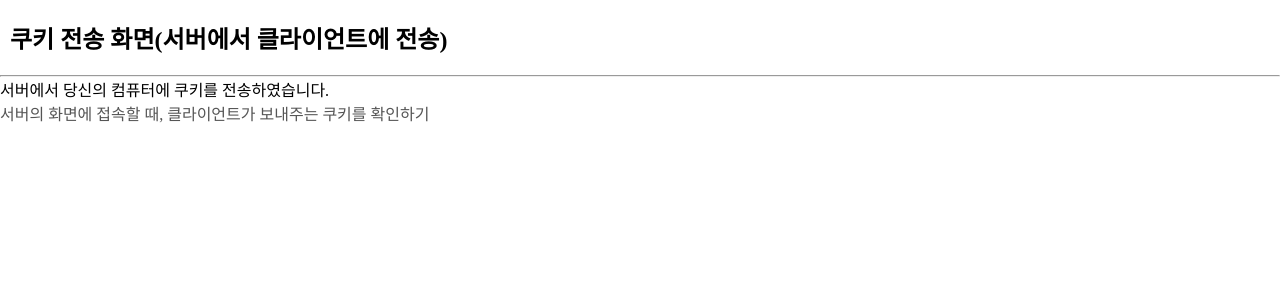
Repository: hyunh84/jsp_study
Page: http://localhost/Day07/j01_ck03.jsp
The author's editor kept a copy of each file at every save. The page is drawn from the files as they stood at one save, then again after the next save.
The browser window is 1280 px wide. The pictures show the whole page.
The page is served by Tomcat 9. Other server files are loaded and not shown.

Above is the page before, as saved 2015-10-10 01:27:58.

### MyWorks/Day07/WebContent/j01_ck03.jsp
<%@ page language="java" contentType="text/html; charset=utf-8"
    pageEncoding="utf-8"%>
<!DOCTYPE html>
<html>
<head>
<meta charset="utf-8">
<title>Insert title here</title>
<style type="text/css">
	* {margin:0; padding:0;}
	a {color:#555; text-decoration:none;}
	a:hover {color:blue; text-decoration:underline;}
	h2 {padding:20px 10px;}
	table {border-collapse:collapse; }
	table th {padding:5px; border:1px solid #777;}
	table td {padding:5px; border:1px solid #777;}
</style>
</head>
<body>

	<h2>쿠키 전송 화면(서버에서 클라이언트에 전송)</h2>
	<hr />

	<%

	%>


	서버에서 당신의 컴퓨터에 쿠키를 전송하였습니다.<br />

	<a href="/Day07/j01_ck03.jsp">서버의 화면에 접속할 때, 클라이언트가 보내주는 쿠키를 확인하기</a>











</body>
</html>

After the next save:
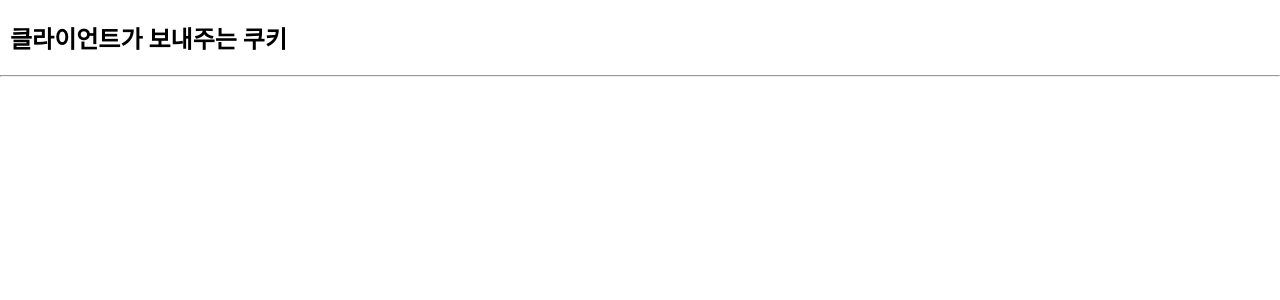
Saved 20 s later.
--- a/MyWorks/Day07/WebContent/j01_ck03.jsp
+++ b/MyWorks/Day07/WebContent/j01_ck03.jsp
@@ -17,7 +17,7 @@
 </head>
 <body>
 
-	<h2>쿠키 전송 화면(서버에서 클라이언트에 전송)</h2>
+	<h2>클라이언트가 보내주는 쿠키</h2>
 	<hr />
 
 	<%
@@ -25,9 +25,6 @@
 	%>
 
 
-	서버에서 당신의 컴퓨터에 쿠키를 전송하였습니다.<br />
-
-	<a href="/Day07/j01_ck03.jsp">서버의 화면에 접속할 때, 클라이언트가 보내주는 쿠키를 확인하기</a>
 
 
 
